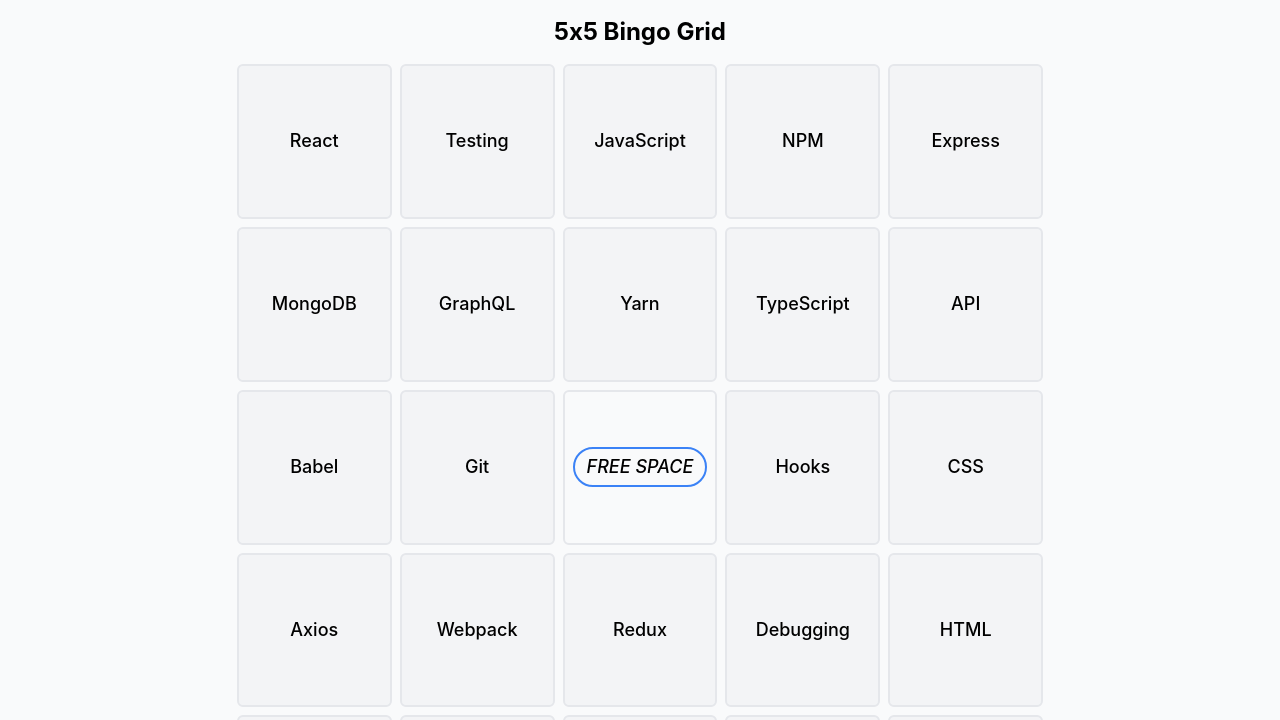
Repository: yassirbn/football-bingo
Page: /
An editor plug-in stored every save of this project. The page is shown before and after the next save, followed by the edit.
The browser window is 1280 px wide. The pictures show the whole page.
The project was rebuilt for these pictures with package versions that can differ from the ones it lists, and the page was loaded fresh each time.

Above is the page before, as saved 2024-11-26 18:19:30.

After the next save:
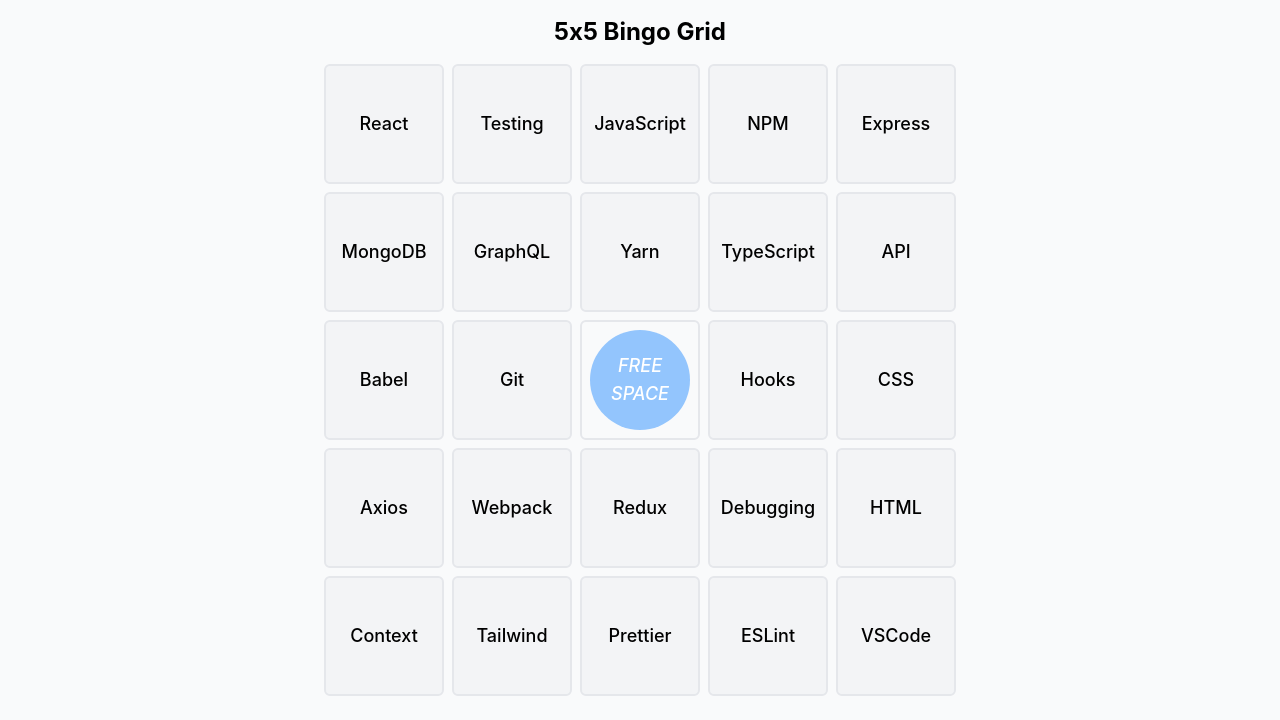
Saved 2 min 25 s later.
--- a/src/component/BingoGrid/BingoGrid.js
+++ b/src/component/BingoGrid/BingoGrid.js
@@ -108,13 +108,25 @@ const BingoGrid = ({ words }) => {
               ${word === "FREE SPACE" ? "cursor-default" : ""}`}
             onClick={() => handleCellClick(index)}
           >
-            <span
-              className={`text-xs sm:text-sm md:text-base lg:text-lg font-medium
-                ${word === "FREE SPACE" ? "font-bold italic" : ""}
-                ${selectedCells[index] ? "border-2 border-blue-500 rounded-full py-1 px-3" : ""}`}
+            <div
+              className={`${
+                selectedCells[index]
+                  ? "bg-blue-300 text-white" // Selected cells get a blue background
+                  : "bg-transparent"
+              } rounded-full flex items-center justify-center py-3 px-6
+              ${word === "FREE SPACE" ? "font-bold italic" : ""}`}
+              style={{
+                width: "100px", // Fixed width for the circle
+                height: "100px", // Fixed height for the circle
+                minWidth: "100px", // Ensures the circle doesn't shrink smaller than this
+              }}
             >
-              {word}
-            </span>
+              <span
+                className={`text-xs sm:text-sm md:text-base lg:text-lg font-medium`}
+              >
+                {word}
+              </span>
+            </div>
           </div>
         ))}
       </div>
